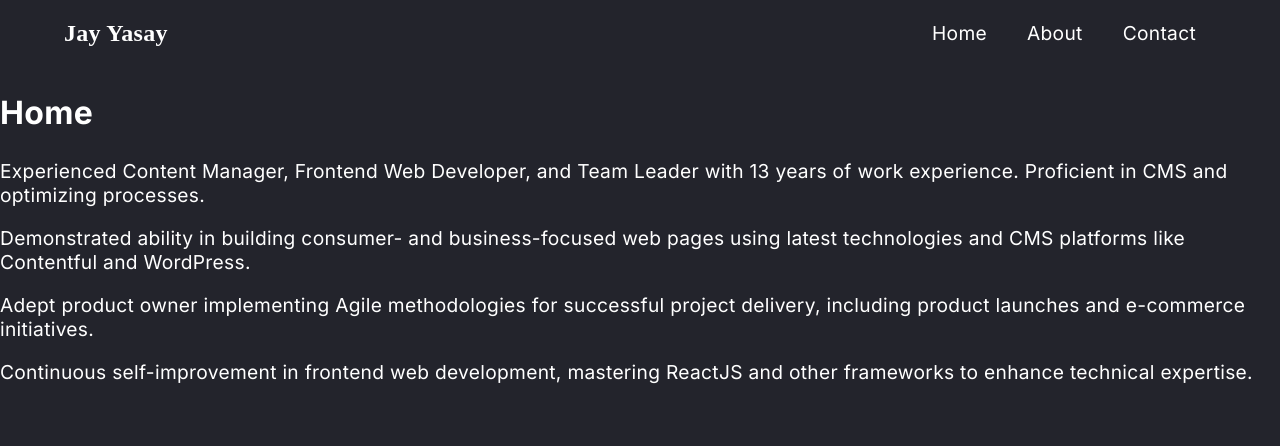
Repository: jayyasay/portfolio
Page: /
These files come from the project's save history. The page is drawn as it stood at one moment and after the next save; the edit follows.
The browser window is 1280 px wide. The pictures show the whole page.
Some web fonts or font styles are not loaded; a fallback is used. The project was rebuilt for these pictures with package versions that can differ from the ones it lists, and the page was loaded fresh each time. Also part of the build but not shown: src/App.css, src/pages/About.js.

Above is the page before, as saved 2023-09-19 17:27:51.

After the next save:
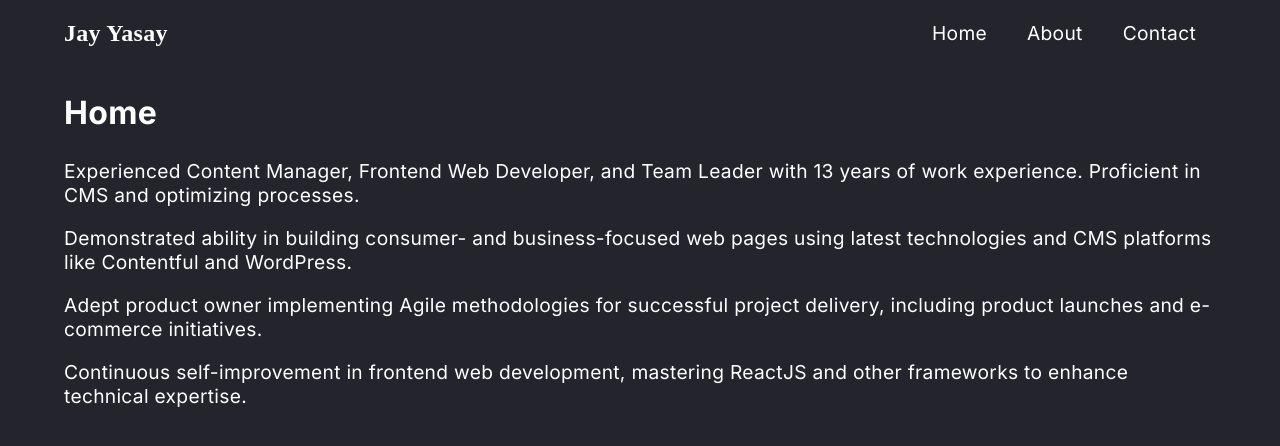
Saved 8 s later.
--- a/src/pages/Home.js
+++ b/src/pages/Home.js
@@ -2,7 +2,7 @@
 
 const HomeWrapper = styled.div`
   @media screen and (min-width: 768px) {
-    max-width: 1280px;
+    max-width: 90%;
     margin: auto;
   }
 `;
